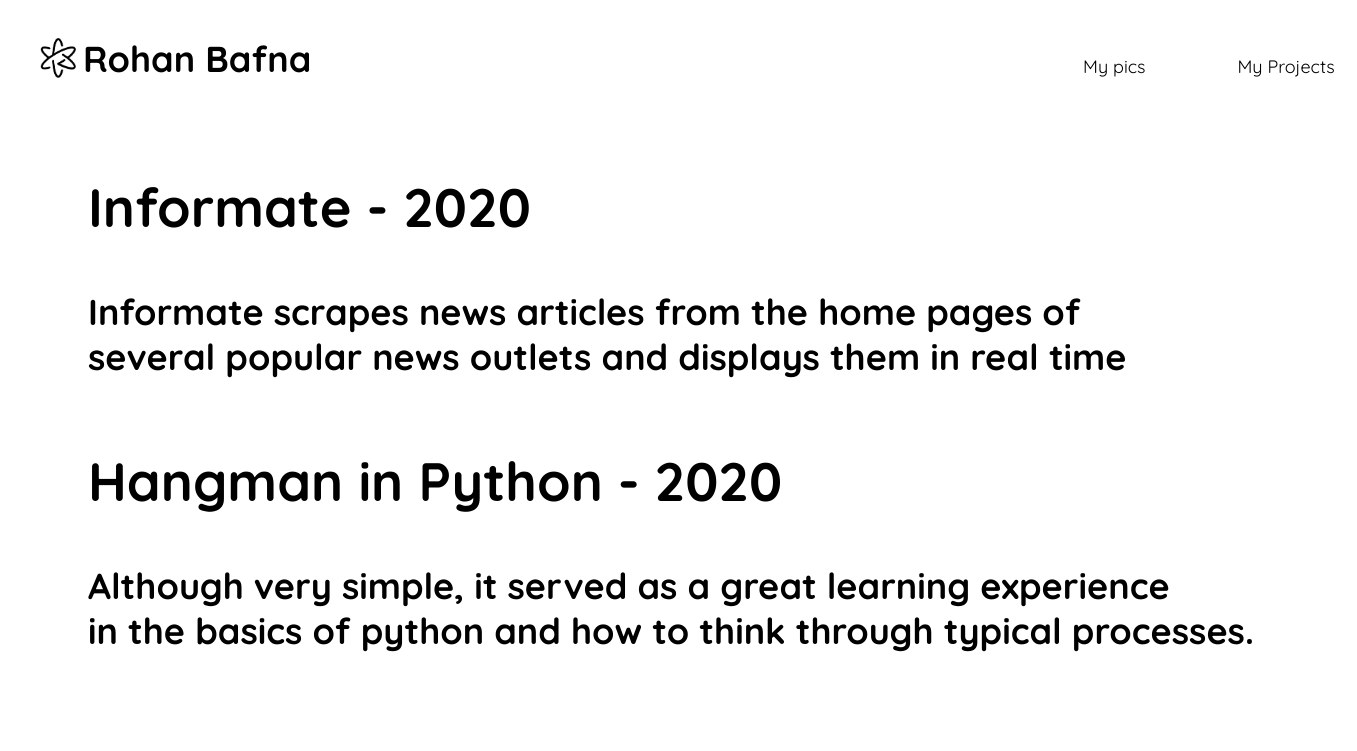
Repository: rbafna6507/rbafna6507.github.io
Page: projects.html
These files come from the project's save history. The page is drawn as it stood at one moment and after the next save; the edit follows.
The browser window is 1280 px wide. The page is 1357 px wide, so the pictures cover 1357 px, including what lies to the right of the window. The pictures show the whole page.

Above is the page before, as saved 2020-12-18 14:27:33.

### projects.html
<!DOCTYPE HTML>
<html>
<head>
    <link rel="shortcut icon" type="image/png" href="circular actual atom logo.png"/>
    <title>my projects</title>
    <link href= "projects.css" type= "text/css" rel= "stylesheet">
    <link href="https://fonts.googleapis.com/css?family=Quicksand:400,700&display=swap" rel="stylesheet">
</head>
<body>
<div id= "navbar">
    <header class= "header">
        <div id="hi">
          <img id= "logo" src= "actual atom logo.png"></a>
          <a href= "index.html"><h1>Rohan Bafna</h1></a>
        </div>
        <div class= "leftsidelist">
            <ul>
                <a href= "pics.html"><li class= "about">My pics</li></a>
                <a href= "projects.html"><li class= "projects">My Projects</li></a>
            </ul>
        </div>
    </header>
</div>
<div id = "informate" class = "project">
    <h2>
        <strong>Informate - 2020</strong>
    </h2>
    <h4>Informate scrapes news articles from the home pages of <br>several popular news outlets and displays them in real time</h4>
</div>

<div id = "hangman" class = "project">
    <h2>Hangman in Python - 2020</h2>
    <h4>Although very simple, it served as a great learning experience <br>in the basics of python and how to think through typical processes.</h4>
</div>
</body>
</html>

### projects.css
* {box-sizing:border-box}

li{
  display: inline;
  list-style-type: none;
  text-align: left;
  padding-left: 30px;
  font-size: 18px;
  font-weight: 36px;
  width: 150px;
  display: inline-block;
  position: relative;
  left: 970px;
  bottom: 60px;
}

ul{
  display: inline;
  margin: 10px 0px;
  padding: 0;
  text-align: center;
  position: relative;
}

.header {
  font-family: "quicksand";
  position: relative;
  left: 10px;
  bottom: 40px;
}

.leftsidelist {
  position: relative;
  top: 10px;
  left: 45px;
}

#logo {
    display: inline-block;
    width: 40px;
    height: 40px;
    position: relative;
    top: 70px;
    bottom: 400px;
  }

  h1 {

    padding-left: 50px;
    font-size: 36px;
    position: relative;
    right: 5px;
}
  .home {
    padding-bottom: 30px;
  }

  .about {
    padding-bottom: 30px;
  }

  #navbar {
    position: relative;
    left: 20px;
  }

  a:link {
    text-decoration: none;
    color: black;
  }

  a:visited {
    text-decoration: none;
    color: black;
  }

  a:hover {
    color: #ce321e
  }

  a:active {
    color: #ce321e
  }

  .project{
      font-family: "quicksand";
      position: relative;
      font-weight: normal;
      left: 80px;
      font-size: 36px;
  }

  #informate{
    position: relative;
    bottom: 70px;
  }

  #hangman{
    position: relative;
    bottom: 50px;
  }

After the next save:
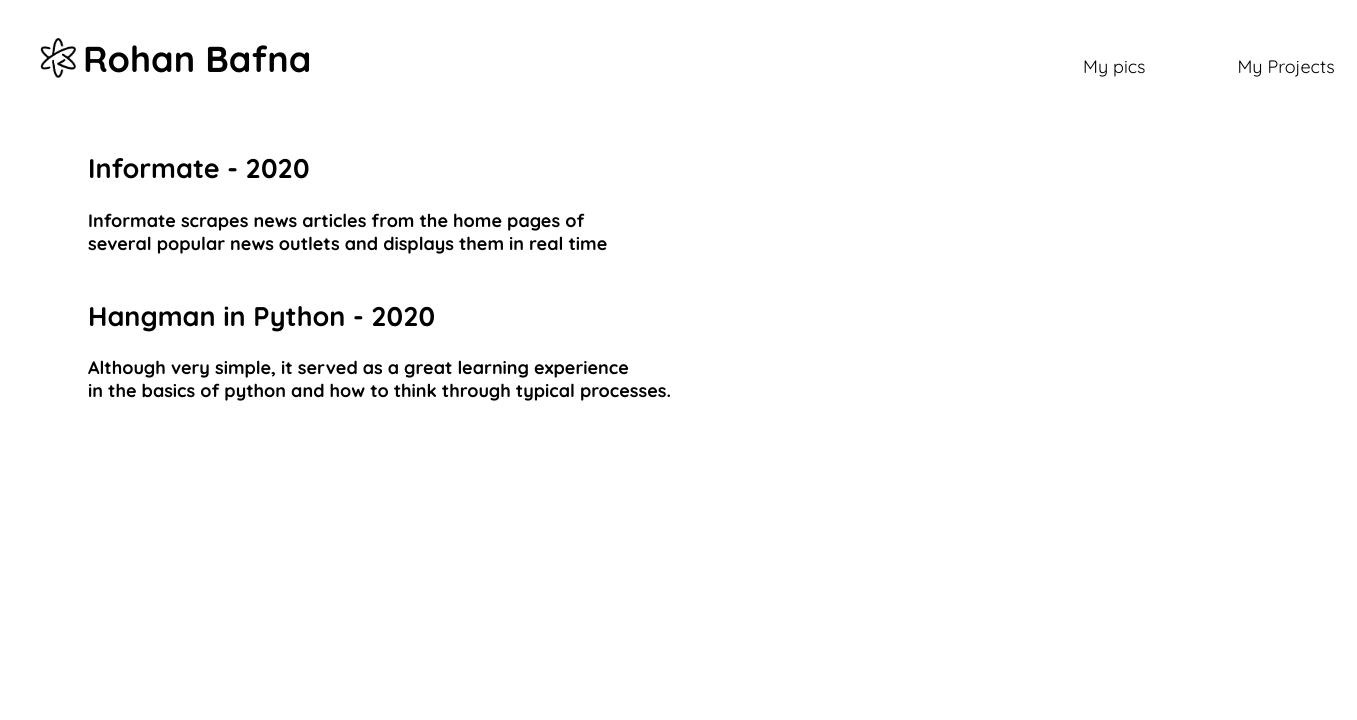
Saved 10 s later.
--- a/projects.css
+++ b/projects.css
@@ -87,7 +87,7 @@ ul{
       position: relative;
       font-weight: normal;
       left: 80px;
-      font-size: 36px;
+      font-size: 18px;
   }
 
   #informate{
